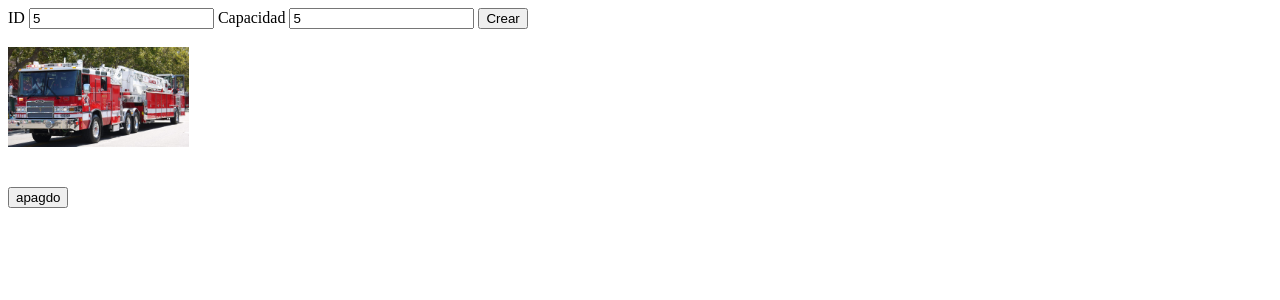
Repository: Robin-Rivadeneira/prueva_pablo
Page: index.html
The author's editor kept a copy of each file at every save. The page is drawn from the files as they stood at one save, then again after the next save.
The browser window is 1280 px wide. The pictures show the whole page.
Empty fields were first filled with sample values (such as "Sample", 5 or name@example.com).
After loading, the first visible `button` was clicked once.

Above is the page before, as saved 2020-01-16 20:19:00.

After the next save:
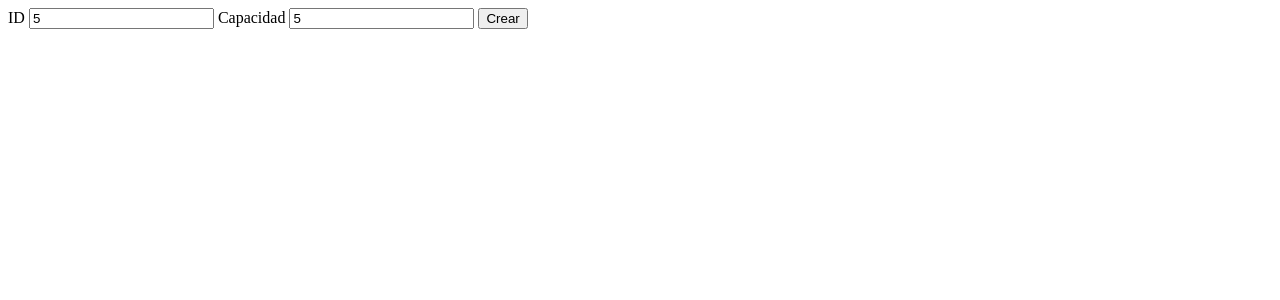
Console error: SyntaxError: Unexpected token ')'
Saved 19 s later.
--- a/js/Motobomba.js
+++ b/js/Motobomba.js
@@ -43,7 +43,7 @@
         if(this.estado == false){
         document.getElementById("boton").innerHTML="apagdo"
         }
-        else{
+        else if(){
             document.getElementById("boton").innerHTML="prendido"
         }
     }

After the save that followed:
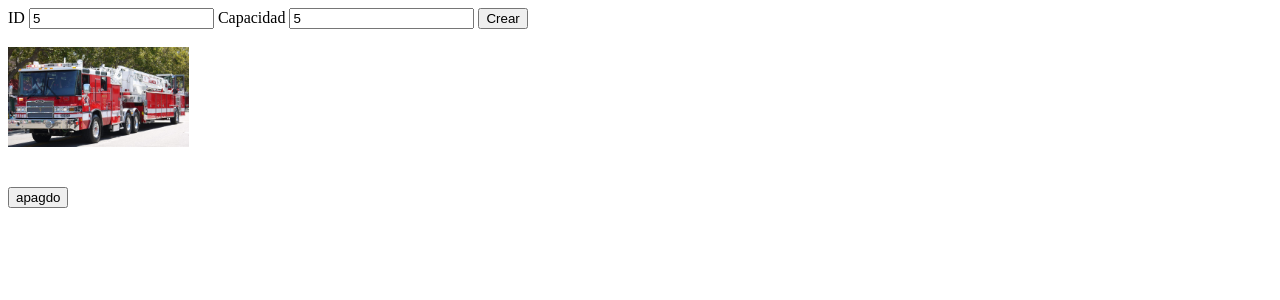
The error is gone.
Saved 7 s later.
--- a/js/Motobomba.js
+++ b/js/Motobomba.js
@@ -43,7 +43,7 @@
         if(this.estado == false){
         document.getElementById("boton").innerHTML="apagdo"
         }
-        else if(){
+        else if(this.estado == true){
             document.getElementById("boton").innerHTML="prendido"
         }
     }
